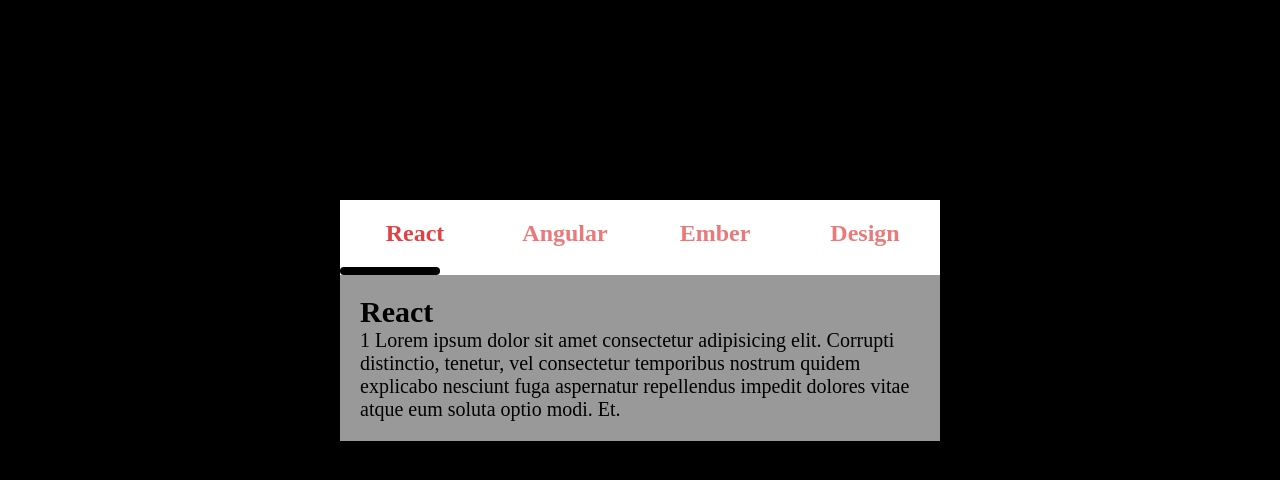
Repository: PCTai/javascript-coban
Page: tab UI/index.html
The author's editor kept a copy of each file at every save. The page is drawn from the files as they stood at one save, then again after the next save.
The browser window is 1280 px wide. The pictures show the whole page.

Above is the page before, as saved 2022-02-10 09:10:38.

### tab UI/index.html
<!DOCTYPE html>
<html lang="en">
<head>
    <meta charset="UTF-8">
    <meta http-equiv="X-UA-Compatible" content="IE=edge">
    <meta name="viewport" content="width=device-width, initial-scale=1.0">
    <title>Document</title>
    <link rel="stylesheet" href="./style.css">
</head>
<body>
    <div class="container">
        <div class="tab">
            <div class="tab-item active">React</div>
            <div class="tab-item">Angular</div>
            <div class="tab-item">Ember</div>
            <div class="tab-item">Design</div>

        </div>
        <div class="tab-line"></div>
        <div class="box">
            <div class="box-item active">
                <h2>React</h2>
                1 Lorem ipsum dolor sit amet consectetur adipisicing elit. Corrupti distinctio, tenetur, vel consectetur temporibus nostrum quidem explicabo nesciunt fuga aspernatur repellendus impedit dolores vitae atque eum soluta optio modi. Et.</div>
            <div class="box-item">
                <h2>Angular</h2>
                2 Lorem ipsum dolor sit amet consectetur adipisicing elit. Neque tempore omnis voluptas laudantium ut aperiam odit deleniti temporibus consequatur dolorem incidunt eveniet officia similique, nulla animi tenetur tempora ab maxime!</div>
            <div class="box-item">
                <h2>Ember</h2>
                3 Lorem ipsum dolor sit, amet consectetur adipisicing elit. Dignissimos dicta fugit error laudantium sunt deleniti nemo excepturi perferendis illo, porro animi commodi quis eaque beatae consectetur rerum magni fugiat libero.</div>
            <div class="box-item">
                <h2>Design</h2>
                4 Lorem ipsum dolor sit amet consectetur adipisicing elit. Est qui rem distinctio, earum dolorem ea doloremque mollitia tenetur architecto adipisci nisi aut dolor odio maxime. Suscipit fuga dolorem itaque beatae!</div>
        </div>

    </div>


    <script src="./app.js"></script>
</body>
</html>

### tab UI/style.css
*{
    margin: 0;
    border: 0;
    padding: 0;
}
body{
    background-color: #000;
}
.container{
    width: 600px;
    margin: auto;
    background-color:#fff;
    margin-top: 200px;

}
.tab{
    display: flex;
}
.tab-item{
    flex: 1;
    text-align: center;
    padding: 20px 0;
    opacity: 70%;
    font-size: 24px;
    font-weight: bold;
    color: rgb(226, 65, 65);
}
.tab-item:hover{
    opacity: 100%;
}
.tab-line{
    width: 100px;
    height: 8px;
    left: 0;
    background-color: #000;
    transition: linear 0.3s;
    border-radius: 5px;
}
.tab .active{
    opacity: 100%;
}
.box .active{
    display: block;
}
.box{
    background-color: #999;
}

.box-item{
    padding: 20px 20px;
    display: none;
    font-size: 20px;
}

### tab UI/app.js
var tabs=document.querySelector(".tab");
var boxs=document.querySelector('.box');
// console.log(tabs,boxs);
var TabLine=document.querySelector('.tab-line');
// console.log(TabLine);
tabs.fore

After the next save:
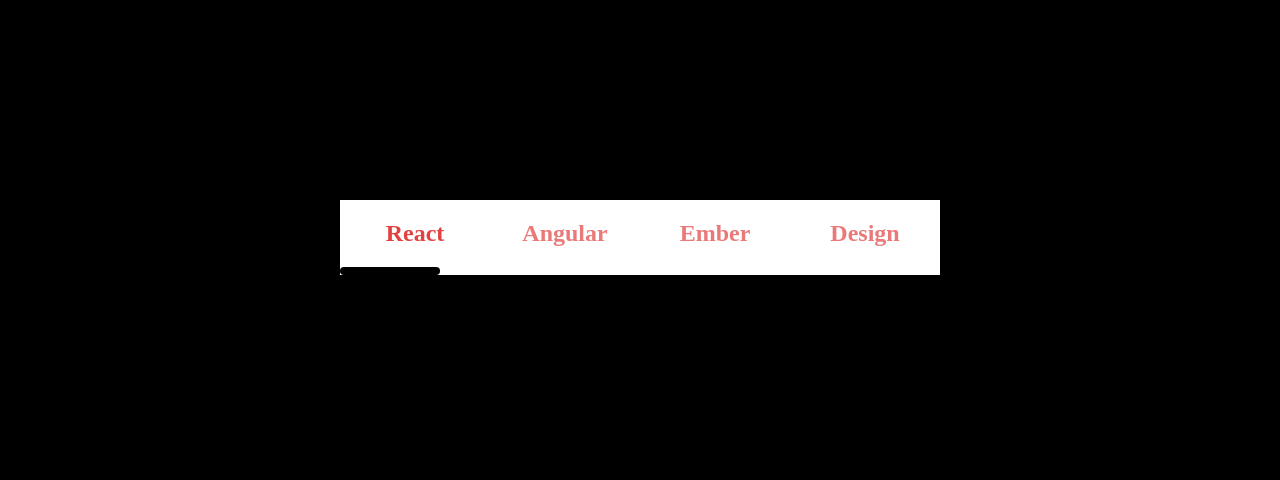
Saved 35 s later.
--- a/tab UI/style.css
+++ b/tab UI/style.css
@@ -39,7 +39,7 @@
 .tab .active{
     opacity: 100%;
 }
-.box .active{
+.box-item .active{
     display: block;
 }
 .box{

After the save that followed:
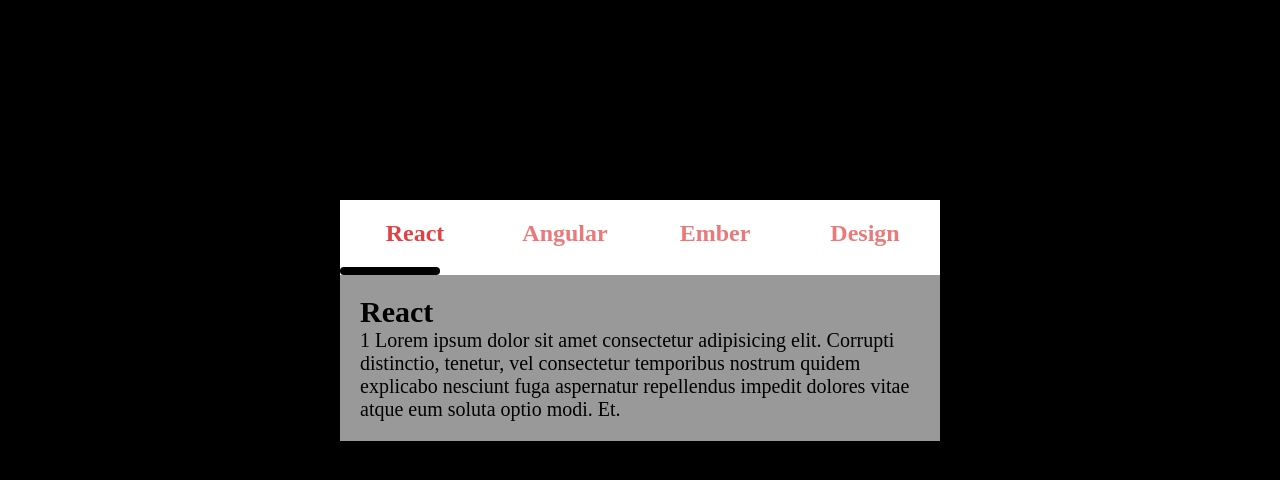
Saved 16 s later.
--- a/tab UI/style.css
+++ b/tab UI/style.css
@@ -39,7 +39,7 @@
 .tab .active{
     opacity: 100%;
 }
-.box-item .active{
+.box .active{
     display: block;
 }
 .box{
